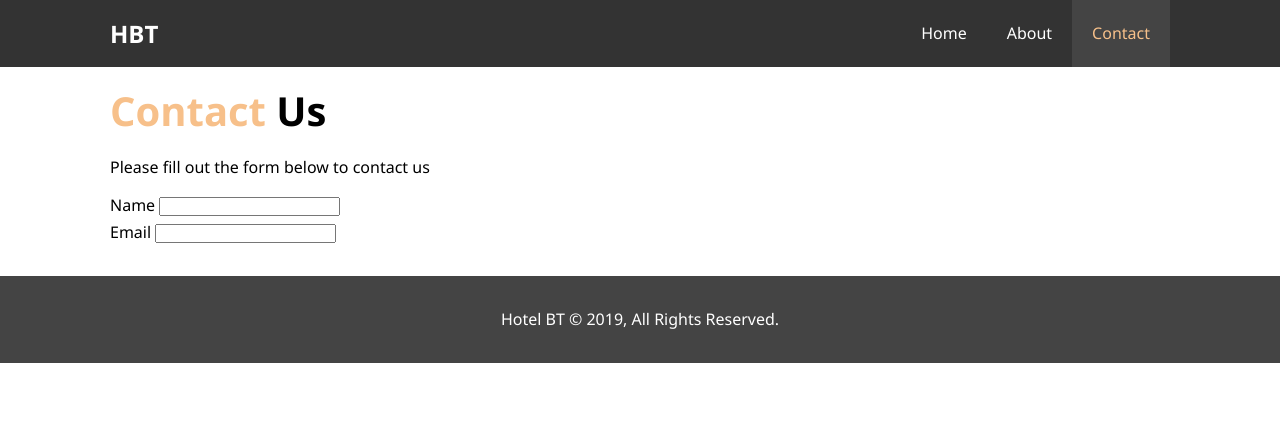
Repository: minhtien9/hotel-website
Page: contact.html
An editor plug-in stored every save of this project. The page is shown before and after the next save, followed by the edit.
The browser window is 1280 px wide. The pictures show the whole page.

Above is the page before, as saved 2021-08-14 18:53:11.

After the next save:
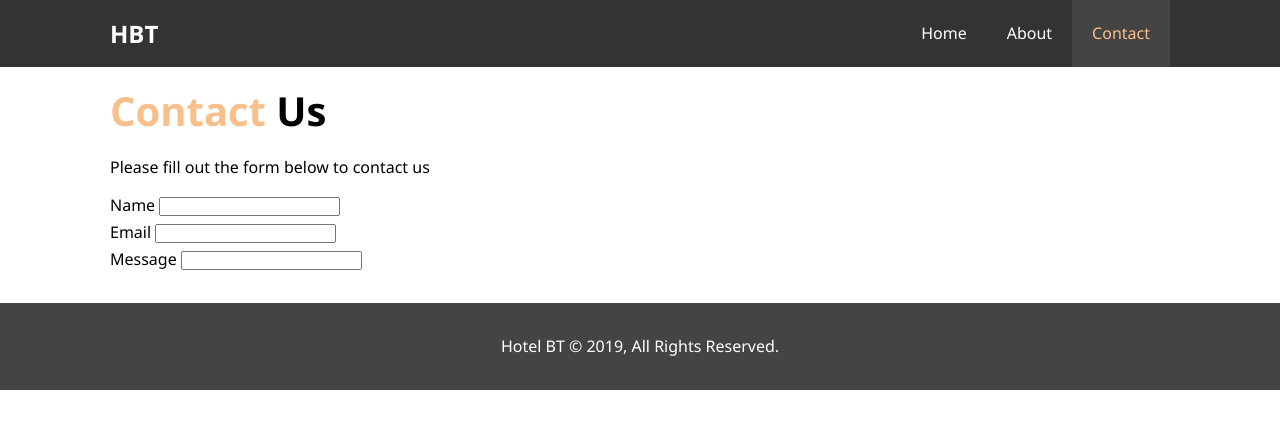
Saved 43 s later.
--- a/contact.html
+++ b/contact.html
@@ -40,6 +40,10 @@
                     <label for="email">Email</label>
                     <input type="email" name="email" id="email" />
                 </div>
+                <div class="form-group">
+                    <label for="message">Message</label>
+                    <input type="text" name="message" id="message" />
+                </div>
             </form>
         </div>
     </section>
